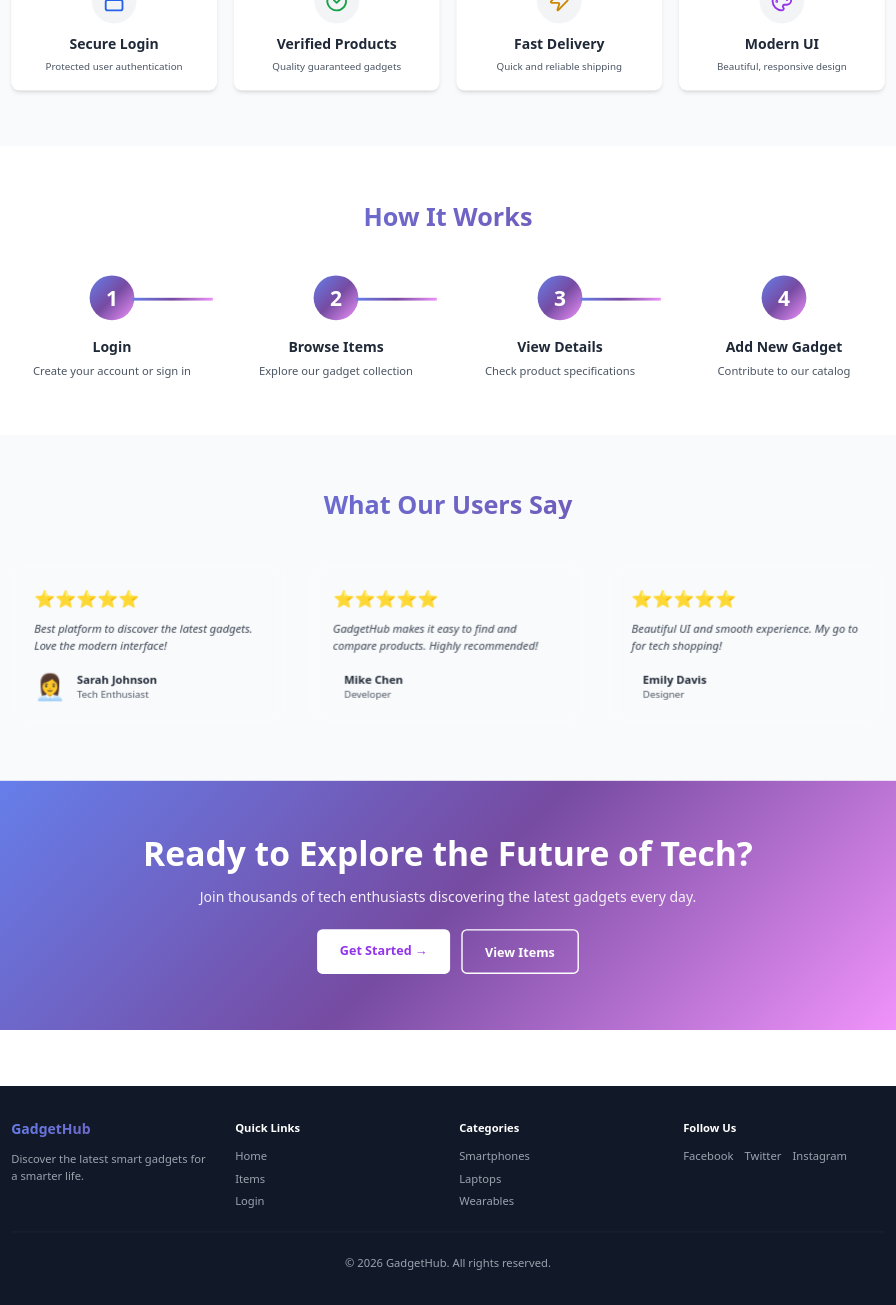
Repository: rajes124/Gadget-Next-js
Page: /
An editor plug-in stored every save of this project. The page is shown before and after the next save, followed by the edit.
The browser window is 1280 px wide. The pictures show the part of the page from y = 2409 to 4329 px (the page is 4273 px tall before and 4329 px after), at 70% of full size.
The project was rebuilt for these pictures with package versions that can differ from the ones it lists, and the page was loaded fresh each time. The framework's server and built-in components were replaced by stand-ins that run in the browser. Also part of the build but not shown: next.config.js.

Above is the page before, as saved 2026-01-18 11:55:56.

### app/layout.tsx
import type { Metadata } from "next";
import Navbar from "@/components/Navbar";
import Footer from "@/components/Footer";
import Providers from "@/components/Providers";
import "./globals.css";

export const metadata: Metadata = {
  title: "GadgetHub - Discover Smart Gadgets",
  description: "Explore the latest technology and innovations. Find your perfect gadget today.",
};

export default function RootLayout({
  children,
}: {
  children: React.ReactNode;
}) {
  return (
    <html lang="en" suppressHydrationWarning>
      <body className="bg-white dark:bg-slate-950 text-gray-900 dark:text-gray-100">
        <Providers>
          <Navbar />
          <main className="min-h-screen pt-16">
            {children}
          </main>
          <Footer />
        </Providers>
      </body>
    </html>
  );
}

### app/page.tsx
import HeroSection from "@/components/sections/HeroSection";
import CategoriesSection from "@/components/sections/CategoriesSection";
import FeaturedSection from "@/components/sections/FeaturedSection";
import WhyChooseSection from "@/components/sections/WhyChooseSection";
import HowItWorksSection from "@/components/sections/HowItWorksSection";
import TestimonialsSection from "@/components/sections/TestimonialsSection";
import CTASection from "@/components/sections/CTASection";

export default function Home() {
  return (
    <>
      <HeroSection />
      <CategoriesSection />
      <FeaturedSection />
      <WhyChooseSection />
      <HowItWorksSection />
      <TestimonialsSection />
      <CTASection />
    </>
  );
}

### components/Footer.tsx
'use client';

export default function Footer() {
  return (
    <footer className="bg-gray-900 dark:bg-black text-white py-12 mt-20">
      <div className="max-w-7xl mx-auto px-4">
        <div className="grid md:grid-cols-4 gap-8 mb-8">
          <div>
            <h3 className="text-xl font-bold mb-4 gradient-text">GadgetHub</h3>
            <p className="text-gray-400">Discover the latest smart gadgets for a smarter life.</p>
          </div>
          <div>
            <h4 className="font-semibold mb-4">Quick Links</h4>
            <ul className="space-y-2 text-gray-400">
              <li><a href="#" className="hover:text-white transition">Home</a></li>
              <li><a href="/items" className="hover:text-white transition">Items</a></li>
              <li><a href="/login" className="hover:text-white transition">Login</a></li>
            </ul>
          </div>
          <div>
            <h4 className="font-semibold mb-4">Categories</h4>
            <ul className="space-y-2 text-gray-400">
              <li><a href="#" className="hover:text-white transition">Smartphones</a></li>
              <li><a href="#" className="hover:text-white transition">Laptops</a></li>
              <li><a href="#" className="hover:text-white transition">Wearables</a></li>
            </ul>
          </div>
          <div>
            <h4 className="font-semibold mb-4">Follow Us</h4>
            <div className="flex gap-4">
              <a href="#" className="text-gray-400 hover:text-white transition">Facebook</a>
              <a href="#" className="text-gray-400 hover:text-white transition">Twitter</a>
              <a href="#" className="text-gray-400 hover:text-white transition">Instagram</a>
            </div>
          </div>
        </div>
        <div className="border-t border-gray-800 pt-8 text-center text-gray-400">
          <p>&copy; 2026 GadgetHub. All rights reserved.</p>
        </div>
      </div>
    </footer>
  );
}

### components/Providers.tsx
'use client';

import { Toaster } from 'react-hot-toast';
import { ThemeProvider } from 'next-themes';

export default function Providers({ children }: { children: React.ReactNode }) {
  return (
    <ThemeProvider attribute="class" defaultTheme="light" enableSystem>
      {children}
      <Toaster position="top-right" />
    </ThemeProvider>
  );
}

### app/globals.css
@tailwind base;
@tailwind components;
@tailwind utilities;

* {
  margin: 0;
  padding: 0;
  box-sizing: border-box;
}

html {
  scroll-behavior: smooth;
}

body {
  transition: background-color 0.3s ease, color 0.3s ease;
}

.gradient-text {
  background: linear-gradient(135deg, #667eea 0%, #764ba2 100%);
  -webkit-background-clip: text;
  -webkit-text-fill-color: transparent;
  background-clip: text;
}

.gradient-bg {
  background: linear-gradient(135deg, #667eea 0%, #764ba2 50%, #f093fb 100%);
}

.glass-effect {
  background: rgba(255, 255, 255, 0.1);
  backdrop-filter: blur(10px);
  border: 1px solid rgba(255, 255, 255, 0.2);
}

.dark .glass-effect {
  background: rgba(15, 23, 42, 0.3);
  border: 1px solid rgba(148, 163, 184, 0.2);
}

.gradient-btn {
  background: linear-gradient(135deg, #667eea 0%, #764ba2 100%);
  transition: all 0.3s ease;
}

.gradient-btn:hover {
  transform: translateY(-2px);
  box-shadow: 0 10px 25px rgba(102, 126, 234, 0.4);
}

### components/sections/CategoriesSection.tsx
'use client';

import { Smartphone, Laptop, Watch, Headphones } from 'lucide-react';

export default function CategoriesSection() {
  const categories = [
    {
      name: 'Smartphones',
      icon: Smartphone,
      color: 'from-blue-500 to-cyan-500',
      description: 'Latest phones & devices'
    },
    {
      name: 'Laptops',
      icon: Laptop,
      color: 'from-purple-500 to-pink-500',
      description: 'Powerful computing devices'
    },
    {
      name: 'Wearables',
      icon: Watch,
      color: 'from-green-500 to-emerald-500',
      description: 'Smart watches & bands'
    },
    {
      name: 'Accessories',
      icon: Headphones,
      color: 'from-orange-500 to-red-500',
      description: 'Cables, cases & more'
    },
  ];

  return (
    <section className="py-20 px-4 bg-gray-50 dark:bg-slate-800">
      <div className="max-w-7xl mx-auto">
        <div className="text-center mb-16 animate-fade-in">
          <h2 className="text-4xl font-bold mb-4 gradient-text">Browse by Category</h2>
          <p className="text-gray-600 dark:text-gray-400 text-lg">Find gadgets by type</p>
        </div>
        <div className="grid md:grid-cols-4 gap-6">
          {categories.map((cat, idx) => {
            const IconComp = cat.icon;
            return (
              <div
                key={cat.name}
                className="group glass-effect p-8 rounded-2xl text-center cursor-pointer hover:scale-110 hover:shadow-2xl transition-all duration-300 transform animate-slide-in-up"
                style={{ animationDelay: `${idx * 0.1}s` }}
              >
                <div className={`inline-flex items-center justify-center w-20 h-20 rounded-full bg-gradient-to-r ${cat.color} mb-4 group-hover:shadow-lg transition-all`}>
                  <IconComp className="w-10 h-10 text-white" />
                </div>
                <h3 className="text-xl font-semibold text-gray-800 dark:text-white mb-2 group-hover:text-transparent group-hover:bg-clip-text group-hover:bg-gradient-to-r group-hover:from-purple-500 group-hover:to-pink-500 transition-all">
                  {cat.name}
                </h3>
                <p className="text-gray-600 dark:text-gray-400 text-sm">{cat.description}</p>
              </div>
            );
          })}
        </div>
      </div>
    </section>
  );
}

### components/sections/FeaturedSection.tsx
'use client';

import Link from 'next/link';
import { Smartphone, Laptop, Watch, ShoppingCart } from 'lucide-react';

export default function FeaturedSection() {
  const featured = [
    {
      id: '1',
      name: 'iPhone 15 Pro',
      price: 1500,
      icon: Smartphone,
      description: 'Latest Apple flagship phone with advanced features',
      color: 'from-blue-500 to-blue-600',
    },
    {
      id: '2',
      name: 'MacBook Pro 16"',
      price: 2500,
      icon: Laptop,
      description: 'Powerful laptop with M3 Max chip for professionals',
      color: 'from-gray-600 to-gray-700',
    },
    {
      id: '3',
      name: 'Apple Watch Ultra 2',
      price: 800,
      icon: Watch,
      description: 'Advanced smartwatch with health features',
      color: 'from-orange-500 to-orange-600',
    },
  ];

  return (
    <section className="py-20 px-4 bg-white dark:bg-slate-900">
      <div className="max-w-7xl mx-auto">
        <div className="text-center mb-16 animate-fade-in">
          <h2 className="text-4xl font-bold mb-4 gradient-text">Featured Gadgets</h2>
          <p className="text-gray-600 dark:text-gray-400 text-lg">Hand-picked products for you</p>
        </div>
        <div className="grid md:grid-cols-3 gap-8">
          {featured.map((item, idx) => {
            const IconComp = item.icon;
            return (
              <div
                key={item.id}
                className="glass-effect rounded-2xl overflow-hidden hover:shadow-2xl transition-all duration-300 transform hover:scale-105 hover:-translate-y-2 animate-slide-in-up"
                style={{ animationDelay: `${idx * 0.1}s` }}
              >
                <div className={`bg-gradient-to-br ${item.color} h-64 flex items-center justify-center`}>
                  <IconComp className="w-32 h-32 text-white opacity-80" />
                </div>
                <div className="p-6">
                  <h3 className="text-2xl font-bold text-gray-800 dark:text-white mb-2">{item.name}</h3>
                  <p className="text-gray-600 dark:text-gray-400 mb-4 text-sm">{item.description}</p>
                  <div className="flex justify-between items-center">
                    <span className="text-3xl font-bold gradient-text">${item.price}</span>
                    <Link href={`/items/${item.id}`} className="gradient-btn text-white px-4 py-2 rounded-lg text-sm font-semibold hover:shadow-lg transition-all flex items-center gap-2">
                      <ShoppingCart className="w-4 h-4" />
                      <span>View</span>
                    </Link>
                  </div>
                </div>
              </div>
            );
          })}
        </div>
      </div>
    </section>
  );
}

### components/sections/WhyChooseSection.tsx
'use client';

import { Lock, CheckCircle, Zap, Palette } from 'lucide-react';

export default function WhyChooseSection() {
  const reasons = [
    { icon: Lock, title: 'Secure Login', description: 'Protected user authentication', color: 'text-blue-600 dark:text-blue-400' },
    { icon: CheckCircle, title: 'Verified Products', description: 'Quality guaranteed gadgets', color: 'text-green-600 dark:text-green-400' },
    { icon: Zap, title: 'Fast Delivery', description: 'Quick and reliable shipping', color: 'text-yellow-600 dark:text-yellow-400' },
    { icon: Palette, title: 'Modern UI', description: 'Beautiful, responsive design', color: 'text-purple-600 dark:text-purple-400' },
  ];

  return (
    <section className="py-20 px-4 bg-gray-50 dark:bg-slate-800">
      <div className="max-w-7xl mx-auto">
        <div className="text-center mb-16 animate-fade-in">
          <h2 className="text-4xl font-bold mb-4 gradient-text">Why Choose GadgetHub?</h2>
          <p className="text-gray-600 dark:text-gray-400 text-lg">Everything you need for the best experience</p>
        </div>
        <div className="grid md:grid-cols-4 gap-6">
          {reasons.map((reason, idx) => {
            const IconComp = reason.icon;
            return (
              <div
                key={reason.title}
                className="text-center p-6 bg-white dark:bg-slate-700 rounded-xl shadow-md hover:shadow-xl transition-all duration-300 transform hover:scale-105 animate-slide-in-up"
                style={{ animationDelay: `${idx * 0.1}s` }}
              >
                <div className={`w-16 h-16 rounded-full bg-gray-100 dark:bg-gray-600 flex items-center justify-center mx-auto mb-4 ${reason.color}`}>
                  <IconComp className="w-8 h-8" />
                </div>
                <h3 className="text-xl font-bold text-gray-800 dark:text-white mb-2">{reason.title}</h3>
                <p className="text-gray-600 dark:text-gray-400 text-sm">{reason.description}</p>
              </div>
            );
          })}
        </div>
      </div>
    </section>
  );
}

### components/sections/HowItWorksSection.tsx
'use client';

export default function HowItWorksSection() {
  const steps = [
    { number: 1, title: 'Login', description: 'Create your account or sign in' },
    { number: 2, title: 'Browse Items', description: 'Explore our gadget collection' },
    { number: 3, title: 'View Details', description: 'Check product specifications' },
    { number: 4, title: 'Add New Gadget', description: 'Contribute to our catalog' },
  ];

  return (
    <section className="py-20 px-4 bg-white dark:bg-slate-900">
      <div className="max-w-7xl mx-auto">
        <h2 className="text-4xl font-bold text-center mb-16 gradient-text">How It Works</h2>
        <div className="grid md:grid-cols-4 gap-8">
          {steps.map((step) => (
            <div key={step.number} className="relative text-center">
              <div className="flex justify-center mb-6">
                <div className="gradient-bg w-16 h-16 rounded-full flex items-center justify-center text-white text-3xl font-bold">
                  {step.number}
                </div>
              </div>
              <h3 className="text-xl font-bold text-gray-800 dark:text-white mb-2">{step.title}</h3>
              <p className="text-gray-600 dark:text-gray-400">{step.description}</p>
              {step.number < 4 && (
                <div className="hidden md:block absolute top-8 left-[60%] w-[40%] h-1 gradient-bg"></div>
              )}
            </div>
          ))}
        </div>
      </div>
    </section>
  );
}

### components/sections/TestimonialsSection.tsx
'use client';

export default function TestimonialsSection() {
  const testimonials = [
    {
      name: 'Sarah Johnson',
      role: 'Tech Enthusiast',
      avatar: '👩‍💼',
      text: 'Best platform to discover the latest gadgets. Love the modern interface!',
      rating: 5,
    },
    {
      name: 'Mike Chen',
      role: 'Developer',
      text: 'GadgetHub makes it easy to find and compare products. Highly recommended!',
      rating: 5,
    },
    {
      name: 'Emily Davis',
      role: 'Designer',
      text: 'Beautiful UI and smooth experience. My go to for tech shopping!',
      rating: 5,
    },
  ];

  return (
    <section className="py-20 px-4 bg-gray-50 dark:bg-slate-800">
      <div className="max-w-7xl mx-auto">
        <h2 className="text-4xl font-bold text-center mb-16 gradient-text">What Our Users Say</h2>
        <div className="grid md:grid-cols-3 gap-8">
          {testimonials.map((testimonial) => (
            <div key={testimonial.name} className="glass-effect p-8 rounded-2xl">
              <div className="flex mb-4">
                {[...Array(testimonial.rating)].map((_, i) => (
                  <span key={i} className="text-2xl">⭐</span>
                ))}
              </div>
              <p className="text-gray-700 dark:text-gray-300 mb-6 italic">{testimonial.text}</p>
              <div className="flex items-center gap-4">
                <div className="text-4xl">{testimonial.avatar}</div>
                <div>
                  <h4 className="font-bold text-gray-800 dark:text-white">{testimonial.name}</h4>
                  <p className="text-sm text-gray-600 dark:text-gray-400">{testimonial.role}</p>
                </div>
              </div>
            </div>
          ))}
        </div>
      </div>
    </section>
  );
}

### components/sections/CTASection.tsx
'use client';

import Link from 'next/link';

export default function CTASection() {
  return (
    <section className="gradient-bg py-20 px-4 text-white">
      <div className="max-w-4xl mx-auto text-center">
        <h2 className="text-5xl font-bold mb-6">Ready to Explore the Future of Tech?</h2>
        <p className="text-xl mb-8 opacity-90">
          Join thousands of tech enthusiasts discovering the latest gadgets every day.
        </p>
        <div className="flex flex-col md:flex-row gap-4 justify-center">
          <Link href="/login" className="bg-white text-purple-600 px-8 py-4 rounded-lg font-bold text-lg hover:scale-105 transition">
            Get Started →
          </Link>
          <Link href="/items" className="border-2 border-white text-white px-8 py-4 rounded-lg font-bold text-lg hover:bg-white hover:bg-opacity-10 transition">
            View Items
          </Link>
        </div>
      </div>
    </section>
  );
}

### lib/auth.ts
import { signOut, signInWithEmailAndPassword, createUserWithEmailAndPassword } from 'firebase/auth';
import { auth } from './firebase';
import { setAuthCookie, removeAuthCookie, setUserCookie, getUserCookie } from './cookies';

export const signIn = async (email: string, password: string) => {
  try {
    const result = await signInWithEmailAndPassword(auth, email, password);
    const token = await result.user.getIdToken();

    setAuthCookie(token);
    setUserCookie({
      uid: result.user.uid,
      email: result.user.email,
      displayName: result.user.displayName,
    });

    return result.user;
  } catch (error: any) {
    throw error;
  }
};

export const signUp = async (email: string, password: string, displayName?: string) => {
  try {
    const result = await createUserWithEmailAndPassword(auth, email, password);
    const token = await result.user.getIdToken();

    setAuthCookie(token);
    setUserCookie({
      uid: result.user.uid,
      email: result.user.email,
      displayName: displayName || email.split('@')[0],
    });

    return result.user;
  } catch (error: any) {
    throw error;
  }
};

export const logout = async () => {
  try {
    await signOut(auth);
    removeAuthCookie();
  } catch (error) {
    console.error('Logout error:', error);
  }
};

export const getCurrentUser = () => {
  return getUserCookie();
};

### lib/firebase.ts
import { initializeApp } from "firebase/app";
import { getAuth } from "firebase/auth";
import { getFirestore } from "firebase/firestore";

const firebaseConfig = {
  apiKey: "AIzaSyDvBJhLa10oqdlcbmkKFgUltEKyrTwjIMk",
  authDomain: "techgad-get.firebaseapp.com",
  projectId: "techgad-get",
  storageBucket: "techgad-get.firebasestorage.app",
  messagingSenderId: "129611510027",
  appId: "1:129611510027:web:4d41bc17581bfff22e320e",
  measurementId: "G-ZS9JZGP2KL"
};

const app = initializeApp(firebaseConfig);
export const auth = getAuth(app);
export const db = getFirestore(app);

export default app;

### lib/cookies.ts
import Cookies from 'js-cookie';

export const setAuthCookie = (token: string) => {
  Cookies.set('auth_token', token, {
    expires: 7,
    secure: process.env.NODE_ENV === 'production',
    sameSite: 'strict',
  });
};

export const getAuthCookie = () => {
  return Cookies.get('auth_token');
};

export const removeAuthCookie = () => {
  Cookies.remove('auth_token');
};

export const setUserCookie = (user: any) => {
  Cookies.set('user', JSON.stringify(user), {
    expires: 7,
    secure: process.env.NODE_ENV === 'production',
    sameSite: 'strict',
  });
};

export const getUserCookie = () => {
  const user = Cookies.get('user');
  return user ? JSON.parse(user) : null;
};

### tailwind.config.ts
import type { Config } from 'tailwindcss';

const config: Config = {
  content: [
    './app/**/*.{js,ts,jsx,tsx,mdx}',
    './components/**/*.{js,ts,jsx,tsx,mdx}',
  ],
  theme: {
    extend: {
      colors: {
        primary: '#667eea',
        secondary: '#764ba2',
      },
    },
  },
  darkMode: 'class',
  plugins: [],
};
export default config;

Loaded but not shown: components/Navbar.tsx (199 lines, source omitted); components/sections/HeroSection.tsx (62 lines, source omitted)

After the next save:
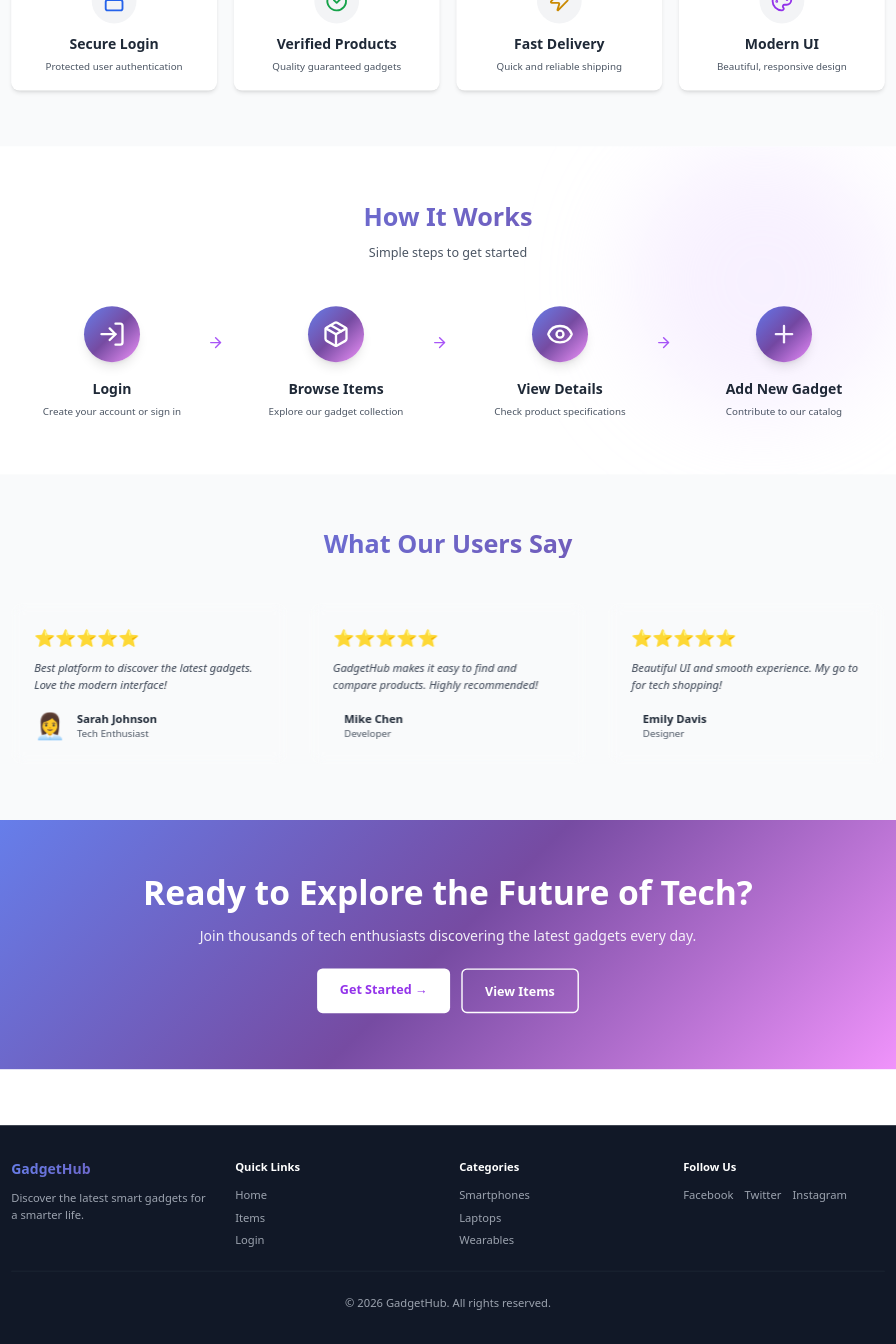
Saved 9 s later.
--- a/components/sections/HowItWorksSection.tsx
+++ b/components/sections/HowItWorksSection.tsx
@@ -1,34 +1,49 @@
 'use client';
+
+import { LogIn, Package, Eye, Plus, ArrowRight } from 'lucide-react';
 
 export default function HowItWorksSection() {
   const steps = [
-    { number: 1, title: 'Login', description: 'Create your account or sign in' },
-    { number: 2, title: 'Browse Items', description: 'Explore our gadget collection' },
-    { number: 3, title: 'View Details', description: 'Check product specifications' },
-    { number: 4, title: 'Add New Gadget', description: 'Contribute to our catalog' },
+    { number: 1, icon: LogIn, title: 'Login', description: 'Create your account or sign in' },
+    { number: 2, icon: Package, title: 'Browse Items', description: 'Explore our gadget collection' },
+    { number: 3, icon: Eye, title: 'View Details', description: 'Check product specifications' },
+    { number: 4, icon: Plus, title: 'Add New Gadget', description: 'Contribute to our catalog' },
   ];
 
   return (
-    <section className="py-20 px-4 bg-white dark:bg-slate-900">
+    <section className="py-20 px-4 bg-white dark:bg-slate-900 relative overflow-hidden">
       <div className="max-w-7xl mx-auto">
-        <h2 className="text-4xl font-bold text-center mb-16 gradient-text">How It Works</h2>
+        <div className="text-center mb-16 animate-fade-in">
+          <h2 className="text-4xl font-bold mb-4 gradient-text">How It Works</h2>
+          <p className="text-gray-600 dark:text-gray-400 text-lg">Simple steps to get started</p>
+        </div>
         <div className="grid md:grid-cols-4 gap-8">
-          {steps.map((step) => (
-            <div key={step.number} className="relative text-center">
-              <div className="flex justify-center mb-6">
-                <div className="gradient-bg w-16 h-16 rounded-full flex items-center justify-center text-white text-3xl font-bold">
-                  {step.number}
+          {steps.map((step, idx) => {
+            const IconComp = step.icon;
+            return (
+              <div key={step.number} className="relative text-center group animate-slide-in-up" style={{ animationDelay: `${idx * 0.1}s` }}>
+                <div className="flex justify-center mb-6">
+                  <div className="gradient-bg w-20 h-20 rounded-full flex items-center justify-center text-white shadow-lg group-hover:shadow-2xl transition-all group-hover:scale-110 duration-300">
+                    <IconComp className="w-10 h-10" />
+                  </div>
                 </div>
+                <h3 className="text-xl font-bold text-gray-800 dark:text-white mb-2">{step.title}</h3>
+                <p className="text-gray-600 dark:text-gray-400 text-sm">{step.description}</p>
+
+                {/* Connecting Arrow */}
+                {step.number < 4 && (
+                  <div className="hidden md:flex absolute top-10 -right-4 items-center justify-center">
+                    <ArrowRight className="w-6 h-6 text-purple-500" />
+                  </div>
+                )}
               </div>
-              <h3 className="text-xl font-bold text-gray-800 dark:text-white mb-2">{step.title}</h3>
-              <p className="text-gray-600 dark:text-gray-400">{step.description}</p>
-              {step.number < 4 && (
-                <div className="hidden md:block absolute top-8 left-[60%] w-[40%] h-1 gradient-bg"></div>
-              )}
-            </div>
-          ))}
+            );
+          })}
         </div>
       </div>
+
+      {/* Decorative elements */}
+      <div className="absolute top-0 right-0 w-96 h-96 bg-purple-200 dark:bg-purple-900 rounded-full mix-blend-multiply filter blur-3xl opacity-10 animate-pulse"></div>
     </section>
   );
 }
